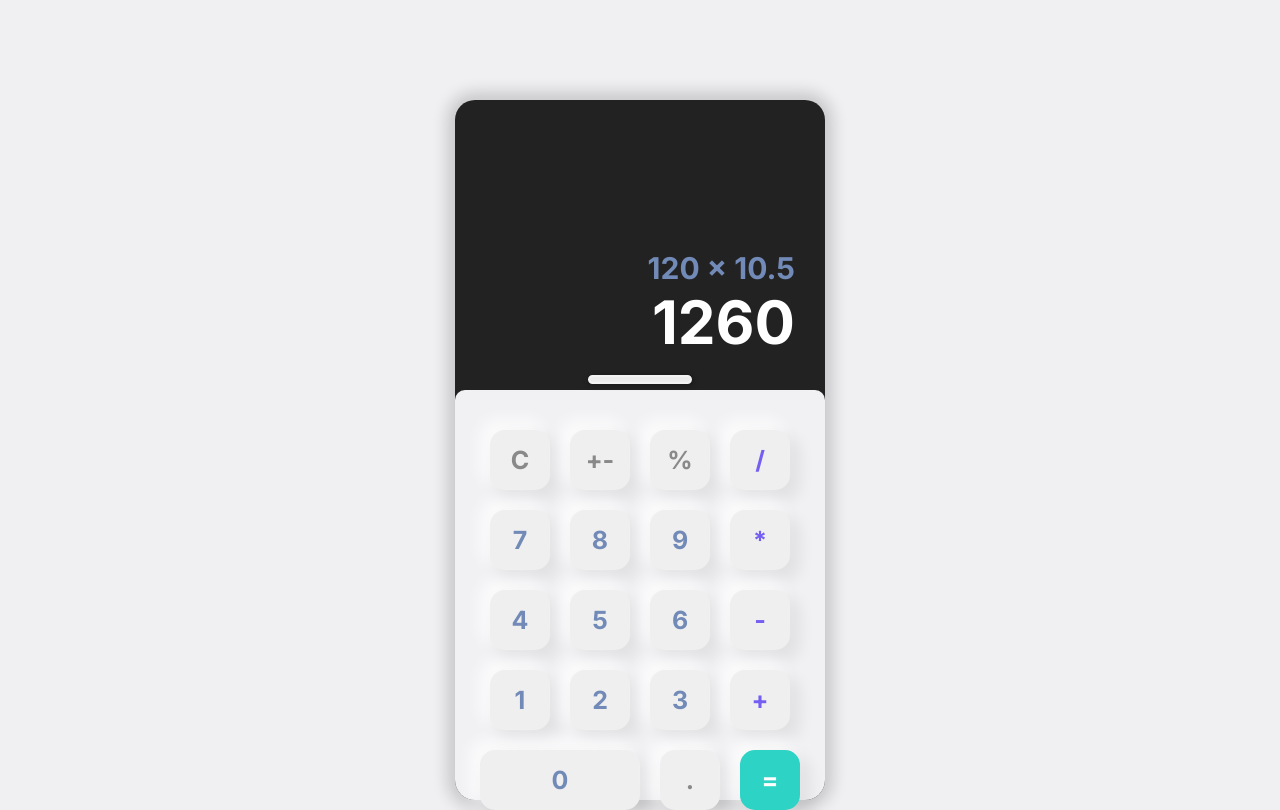
Repository: BrunoBross/calculator
Page: index.html
These files come from the project's save history. The page is drawn as it stood at one moment and after a run of saves; the edit follows.
The browser window is 1280 px wide. The pictures show the whole page.

Above is the page before, as saved 2021-12-01 00:15:34.

After the next 2 saves:
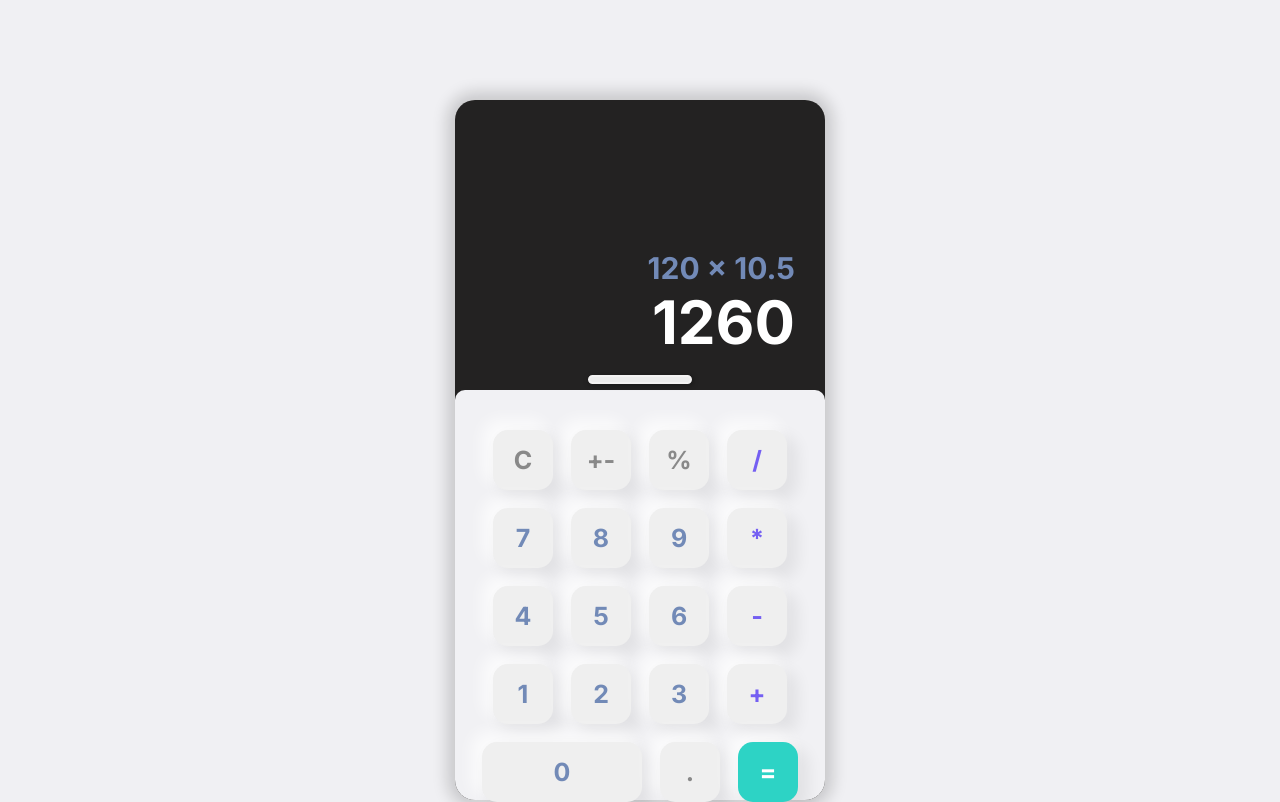
The 2 saves are shown as one change because they came seconds apart.
The last was saved 13 s later.
--- a/style.css
+++ b/style.css
@@ -51,7 +51,7 @@
   display: flex;
   justify-content: center;
   flex-wrap: wrap;
-  gap: 20px;
+  gap: 18px;
   height: 330px;
   border-radius: 10px 10px 20px 20px;
 }

After the save that followed:
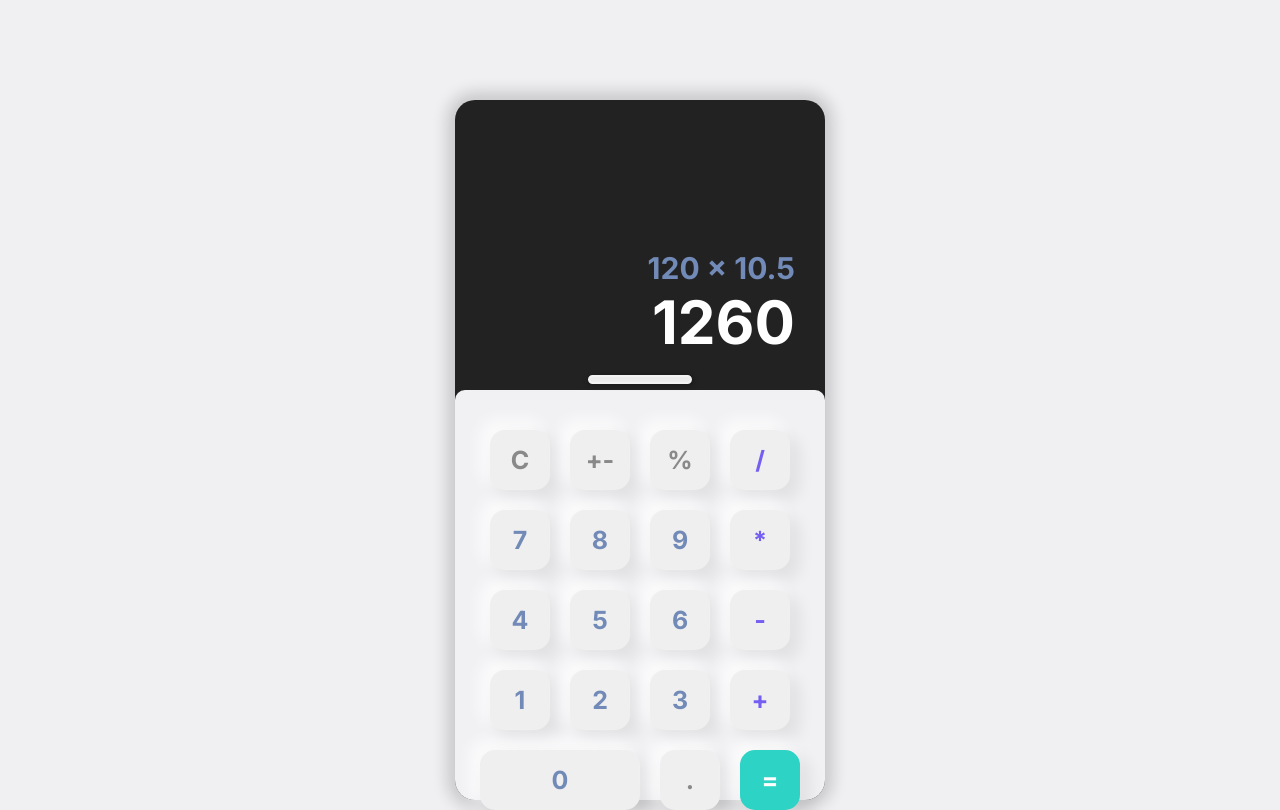
Saved 15 s later.
--- a/style.css
+++ b/style.css
@@ -51,7 +51,7 @@
   display: flex;
   justify-content: center;
   flex-wrap: wrap;
-  gap: 18px;
+  gap: 20px;
   height: 330px;
   border-radius: 10px 10px 20px 20px;
 }
